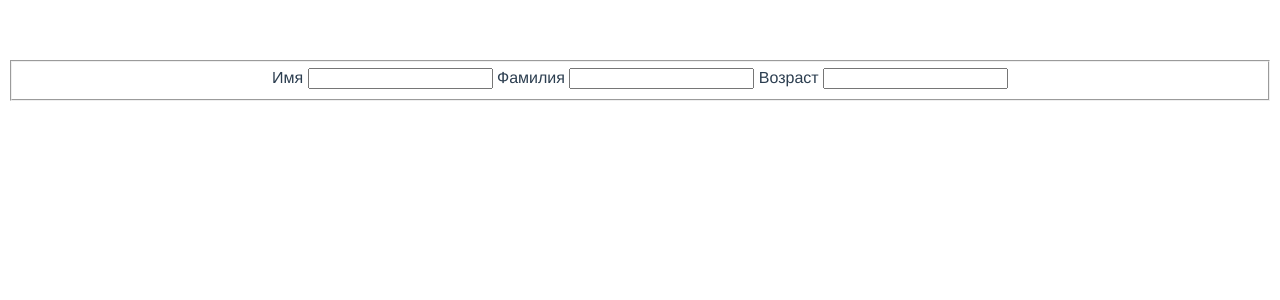
Repository: shum89/test-vue-table
Page: /
These files come from the project's save history. The page is drawn as it stood at one moment and after a run of saves; the edit follows.
The browser window is 1280 px wide. The pictures show the whole page.
The project was rebuilt for these pictures with package versions that can differ from the ones it lists, and the page was loaded fresh each time. Also part of the build but not shown: vue.config.js.

Above is the page before, as saved 2021-07-17 14:12:05.

### src/App.vue
<template>
  <form>
    <fieldset>
      <label for="firstName">
        Имя
        <input type="text" id="firstName" />
      </label>

      <label for="lastName">
        Фамилия
        <input id="lastName" />
      </label>

      <label for="age">
        Возраст
        <input id="age" />
      </label>
    </fieldset>
  </form>
</template>

<script>

export default {
  name: 'App',
  components: {

  },
};
</script>

<style>
#app {
  font-family: Avenir, Helvetica, Arial, sans-serif;
  -webkit-font-smoothing: antialiased;
  -moz-osx-font-smoothing: grayscale;
  text-align: center;
  color: #2c3e50;
  margin-top: 60px;
}
</style>

Loaded but not shown: public/index.html (common file); src/main.js (common file)

After the next 3 saves:
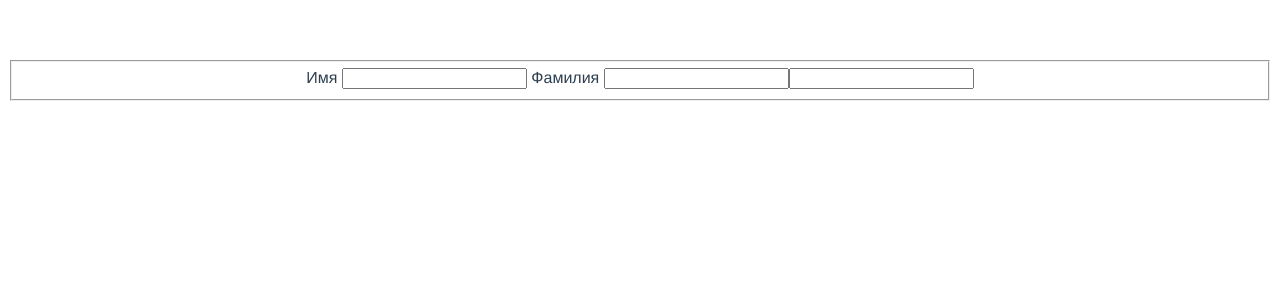
The 3 saves are shown as one change because they came seconds apart.
The last was saved 21 s later.
--- a/src/App.vue
+++ b/src/App.vue
@@ -12,7 +12,6 @@
       </label>
 
       <label for="age">
-        Возраст
         <input id="age" />
       </label>
     </fieldset>

After the 2 saves that followed:
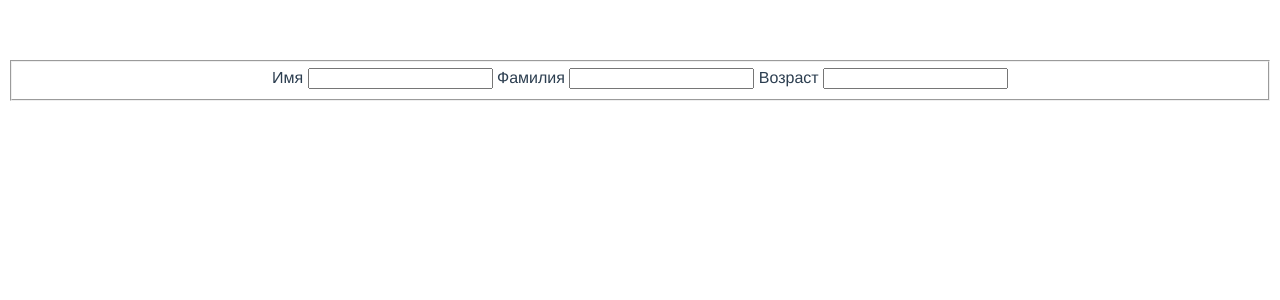
The 2 saves are shown as one change because they came seconds apart.
The last was saved 11 s later.
--- a/src/App.vue
+++ b/src/App.vue
@@ -12,6 +12,7 @@
       </label>
 
       <label for="age">
+        Возраст
         <input id="age" />
       </label>
     </fieldset>
